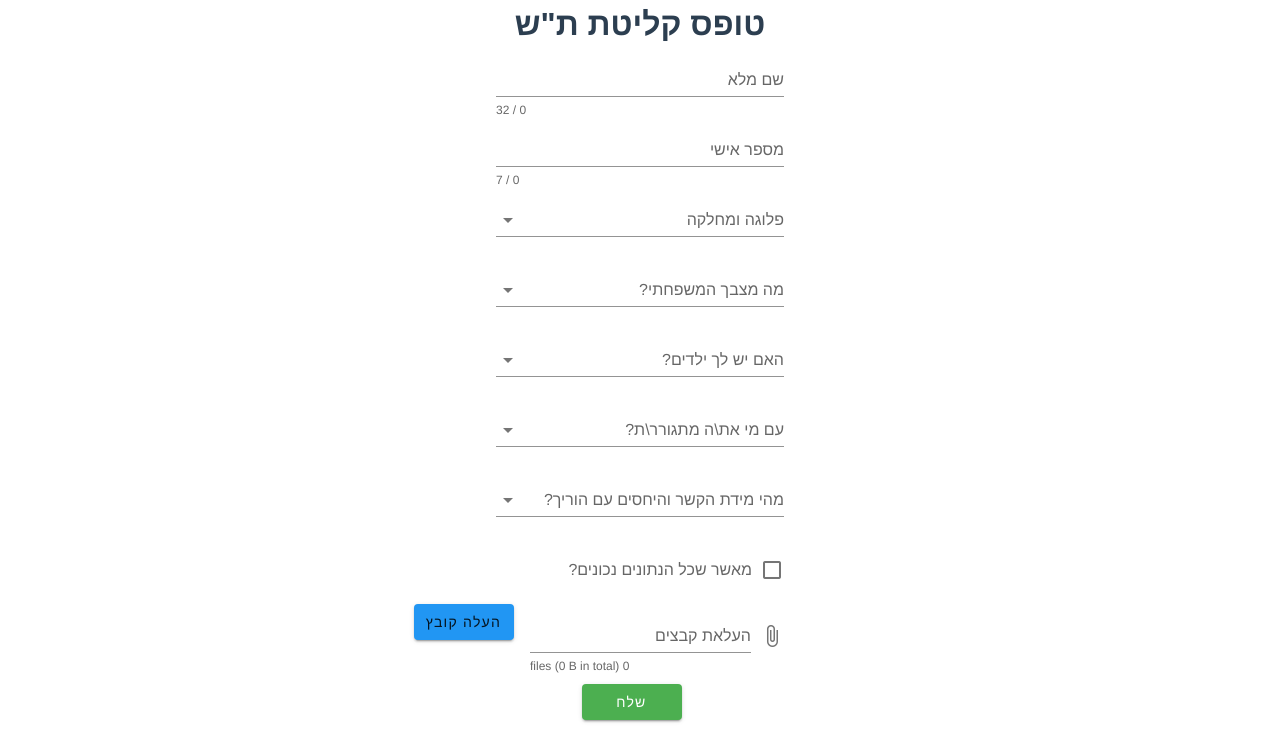
Repository: Natanhel/klitat-tash
Page: /
These files come from the project's save history. The page is drawn as it stood at one moment and after the next save; the edit follows.
The browser window is 1280 px wide. The pictures show the whole page.
The page's requests for data from a server got no answer. The project was rebuilt for these pictures with package versions that can differ from the ones it lists, and the page was loaded fresh each time. No one was signed in, and anything a server would have sent is missing. Also part of the build but not shown: vue.config.js.

Above is the page before, as saved 2020-12-01 18:12:31.

### src/App.vue
<template>
  <div id="app">
    <v-app>

      <h1>טופס קליטת ת"ש</h1>

      <v-form
        ref="form"
        v-model="valid"
        lazy-validation
      >
        <v-text-field
          v-model="name"
          :counter="32"
          :rules="nameRules"
          label="שם מלא"
          required
        ></v-text-field>

        <v-text-field
          v-model="pernr"
          :counter="7"
          :rules="pernrRules"
          label="מספר אישי"
          required
        ></v-text-field>

        <v-select
          v-model="select"
          :items="items"
          :rules="[v => !!v || 'נדרש להזין פלוגה ומחלקה']"
          label="פלוגה ומחלקה"
          required
        ></v-select>

        <v-select
          v-model="select"
          :items="familyItems"
          :rules="[v => !!v || 'נדרש להזין מצב משפחתי']"
          label="מה מצבך המשפחתי?"
          required
        ></v-select>

        <v-select
          v-model="select"
          :items="haveKidsItems"
          :rules="[v => !!v || 'נדרש להזין']"
          label="האם יש לך ילדים?"
          required
        ></v-select>

        <v-select
          v-model="select"
          :items="livingWithItems"
          :rules="[v => !!v || 'נדרש להזין']"
          label="עם מי את\ה מתגורר\ת?"
          required
        ></v-select>

        <v-select
          v-model="select"
          :items="parentsStatusItems"
          :rules="[v => !!v || 'נדרש להזין']"
          label="מהי מידת הקשר והיחסים עם הוריך?"
          required
        ></v-select>

        <v-checkbox
          v-model="checkbox"
          :rules="[v => !!v || 'עליך לאשר על מנת להמשיך!']"
          label="מאשר שכל הנתונים נכונים?"
          required
        ></v-checkbox>

      <div class="upload">

        <v-file-input v-model="files" show-size counter  chips label="העלאת קבצים"></v-file-input>

        <v-btn
          color="blue"
          class="mr-4"
          @click="uploadFile"
        >
          העלה קובץ
        </v-btn>
      </div>
      <div class="btn-group">
        <v-btn
          color="success"
          class="mr-4"
          @click="validate"
        >
          שלח
        </v-btn>
      </div>

      </v-form>
    </v-app>
  </div>
</template>

<script>
import axios from 'axios';

export default {
  name: 'App',
  mounted(){
    // login
    const data = JSON.stringify({"password":"passward","email":"natanhelp@gmail.com"});

    const config = {
      method: 'post',
      url: 'https://nat-task-manager.herokuapp.com/users/login',
      headers: {
        'Content-Type': 'application/json'
      },
      data : data
    };

    axios(config)
      .then((response) => {
        this.userToken = response.data.token
      })
      .catch((error) => {
        console.log(error);
      })
  },

  data: () => ({
    userToken: '',
    files: null,
    valid: true,
    name: '',
    nameRules: [
      v => !!v || 'נדרש להזין שם',
      v => !(v && v.length <= 4) || 'על השם להיות ארוך מ-4 תווים',
    ],
    pernr: '',
    pernrRules: [
      v => !!v || 'נדרש להזין מספר אישי',
      v => !(v.length !== 7) || 'על המספר להיות בדיוק 7 תווים'
    ],
    select: null,
    items: [
      'ו1',
      'ו2',
      'ו3',
      'ו4',
      'ו5',
    ],
    familyItems: [
      'רווק/ה',
      'נשוי/ה',
      'גרוש/ה'
    ],
    haveKidsItems: [
      'כן', 'לא'
    ],
    livingWithItems: [
      'מתוגרר/ת עם ההורים (אחד מהם לפחות)',
      'איני מתגורר/ת עם ההורים'
    ],
    parentsRelationsItems: [
      'בקשר עם שניהם ויחסים תקינים',
      'בקשר וביחסיפ תקינים (רק עם אחד מהם)',
      'בקשר עם שניהם/אחד מהם ומערכת יחסים רעועה',
      'לא בקשר בכלל'
    ],
    parentsStatusItems: [
      'נשואים',
      'גרושים',
      'פרודים',
      'אלמנ/ה',
      'רווק/ה'
    ],
    checkbox: false,
  }),
  methods: {
    validate () {
      this.$refs.form.validate()
    },
    reset () {
      this.$refs.form.reset()
    },
    resetValidation () {
      this.$refs.form.resetValidation()
    },
    async uploadFile() {
      var FormData = require('form-data');
      var data = new FormData();
      const buffer = await this.files.arrayBuffer()

      data.append('avatar', buffer)

      var config = {
        method: 'post',
        url: 'https://nat-task-manager.herokuapp.com/users/me/avatar',
        headers: {
          'Authorization': 'Bearer ' + this.userToken,
          ...data
        },
        data : data
      }

      axios(config)
      .then(function (response) {
        console.log(JSON.stringify(response.data));
      })
      .catch(function (error) {
        console.log(error);
      })
    }
  },
}
</script>

<style>
#app {
  font-family: Avenir, Helvetica, Arial, sans-serif;
  -webkit-font-smoothing: antialiased;
  -moz-osx-font-smoothing: grayscale;
  text-align: center;
  color: #2c3e50;
  margin-top: 60px;
}

form
{
  width: 18rem;
}

#app
{
  padding: 0; margin: 0;
  display: flex;
  align-items: center;
  justify-content: center;
  background-color: transparent;
}

.v-btn
{
  width: 100px;
}

.btn-group{
  width: 100%;
  padding: 10px;
}

.upload
{
  display: flex;
  flex-direction: row;
  width: 370px;
}
html
{
  /* background: rgb(13,176,166);
background: linear-gradient(45deg, rgba(13,176,166,0.5) 50%, rgba(255,255,255,1) 50%  ); */
}
</style>

### src/plugins/vuetify.js
import Vue from 'vue';
import Vuetify from 'vuetify/lib';

Vue.use(Vuetify);

export default new Vuetify({
    rtl: true,
});

Loaded but not shown: public/index.html (common file); src/main.js (common file)

After the next save:
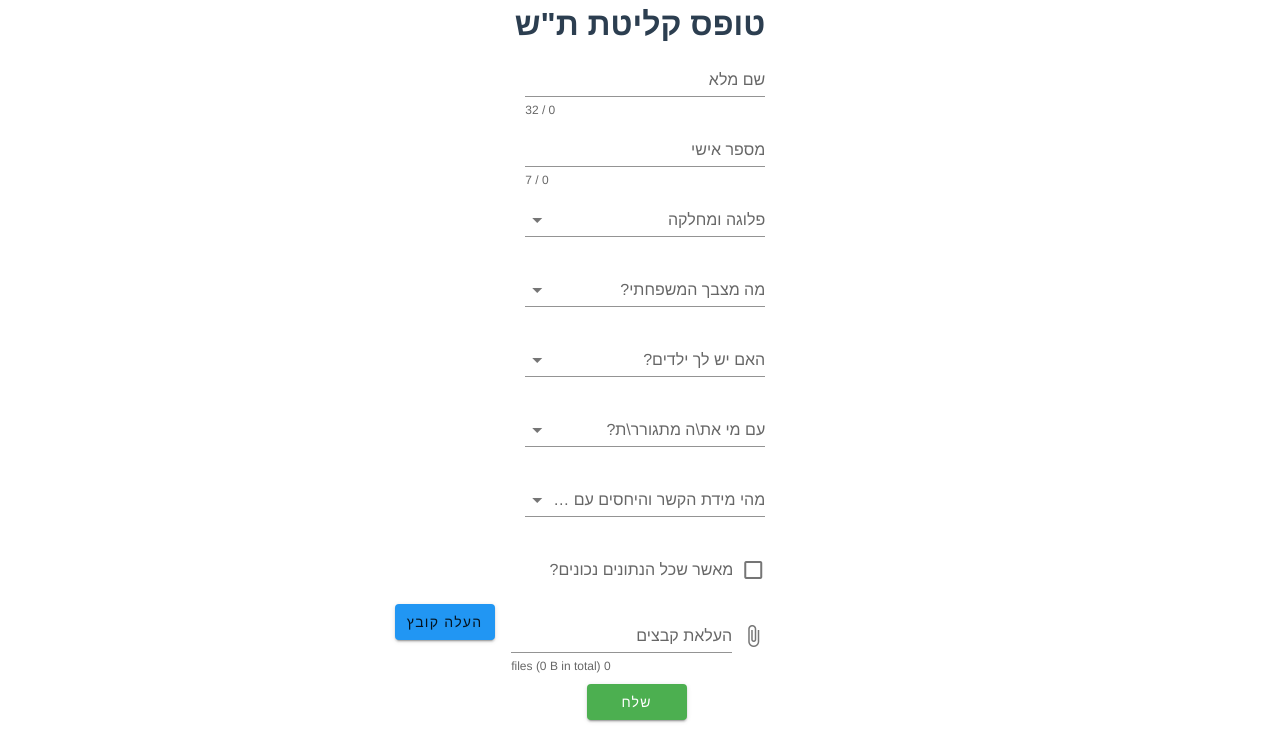
Saved 4 s later.
--- a/src/App.vue
+++ b/src/App.vue
@@ -226,7 +226,7 @@
 
 form
 {
-  width: 18rem;
+  width: 15rem;
 }
 
 #app

After the save that followed:
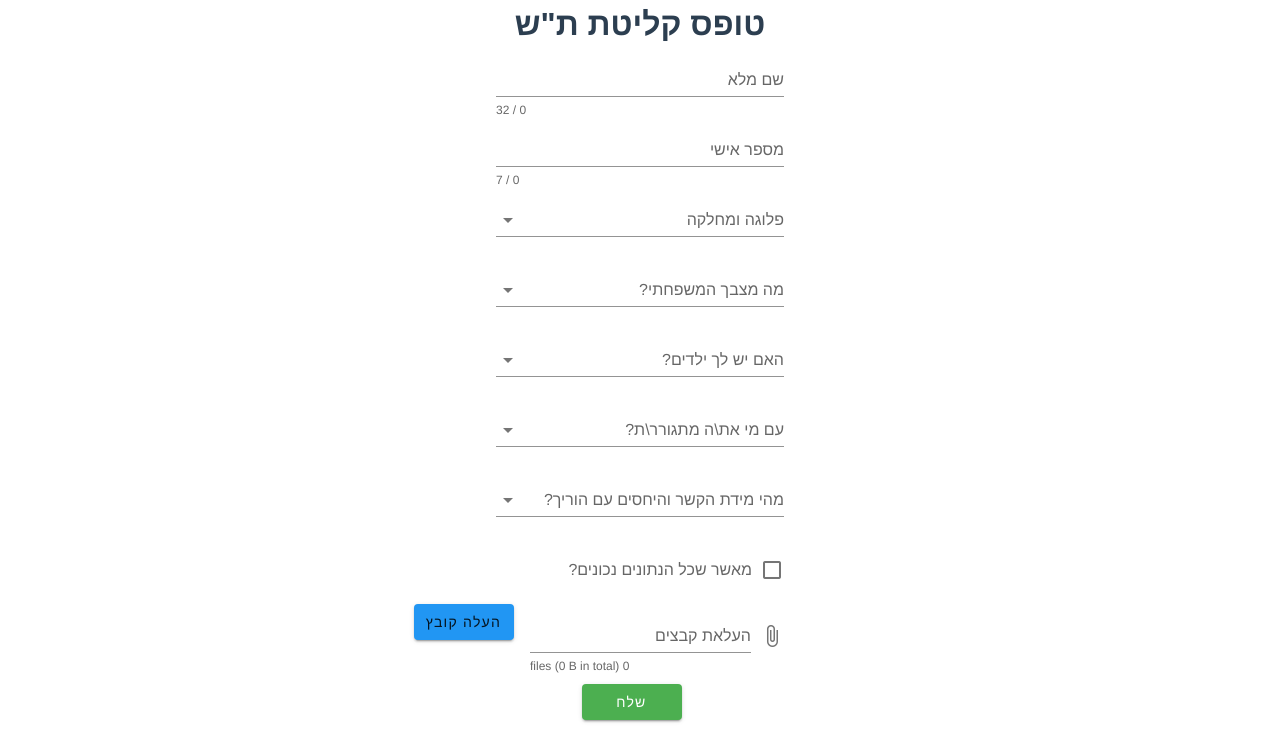
Saved 8 s later.
--- a/src/App.vue
+++ b/src/App.vue
@@ -226,7 +226,7 @@
 
 form
 {
-  width: 15rem;
+  width: 18rem;
 }
 
 #app
